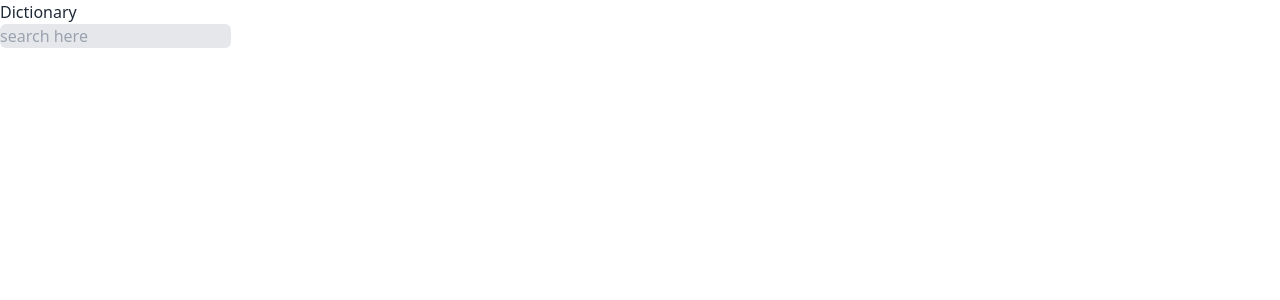
Repository: imokha01/dictionary-app
Page: /
These files come from the project's save history. The page is drawn as it stood at one moment and after a run of saves; the edit follows.
The browser window is 1280 px wide. The pictures show the whole page.
The project was rebuilt for these pictures with package versions that can differ from the ones it lists, and the page was loaded fresh each time. Also part of the build but not shown: vite.config.js, src/App.css.

Above is the page before, as saved 2024-02-19 10:45:17.

### src/App.jsx
import { useState } from 'react'
import './App.css'
import { Route, Routes, } from 'react-router-dom'
import Home from './pages/Home'



function App() {
  const [count, setCount] = useState(0)

  return (
    <>
      <Routes>
          <Route path='/' element={<Home/>}/>
      </Routes>
    </>
  )
}

export default App

### src/pages/Home.jsx

const Home = () => {
  return (
    <div>
      <div>
        <h1>Dictionary</h1>
        <input className="bg-gray-200 rounded-md " type="text" placeholder="search here" />
      </div>
    </div>
  )
}

export default Home

### tailwind.config.js
/** @type {import('tailwindcss').Config} */
import daisyui from 'daisyui';
export default {
  content: [
    "./index.html",
    "./src/**/*.{js,ts,jsx,tsx}",
  ],
  theme: {
    extend: {},
  },
  plugins: [daisyui],
};

Loaded but not shown: index.html (common file); src/main.jsx (common file); src/index.css (common file)

After the next 2 saves:
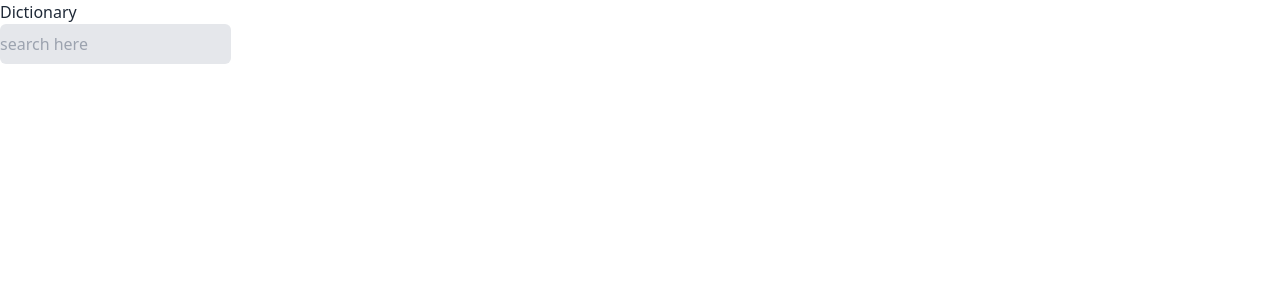
The 2 saves are shown as one change because they came seconds apart.
The last was saved 16 s later.
--- a/src/pages/Home.jsx
+++ b/src/pages/Home.jsx
@@ -4,7 +4,7 @@ const Home = () => {
     <div>
       <div>
         <h1>Dictionary</h1>
-        <input className="bg-gray-200 rounded-md " type="text" placeholder="search here" />
+        <input className="bg-gray-200 rounded-md h-10" type="text" placeholder="search here" />
       </div>
     </div>
   )
